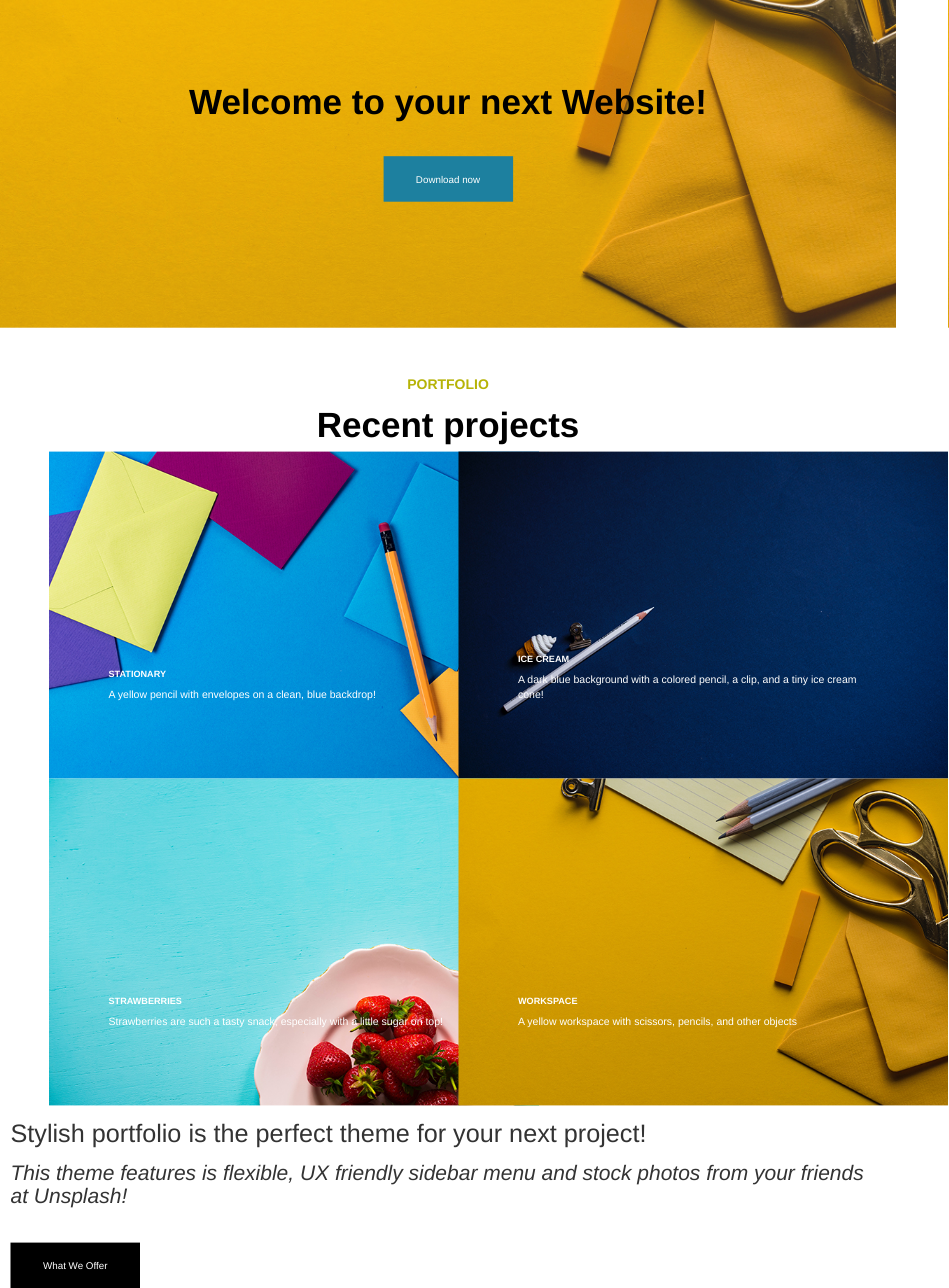
Repository: codin-full-stack/tomasz
Page: http://localhost/tomasz/portfolio/index.php
An editor plug-in stored every save of this project. The page is shown before and after a run of saves, followed by the edit.
The browser window is 1280 px wide. The page is 1355 px wide, so the pictures cover 1355 px, including what lies to the right of the window. The pictures show the part of the page from y = 1963 to 3803 px (the page is 3803 px tall before and 3717 px after), at 70% of full size.
Some web libraries are served in a nearby version. The page is run by PHP 8.4 with error messages shown; the project is at /var/www/html/.

Above is the page before, as saved 2018-10-23 09:20:02.

After the next 2 saves:
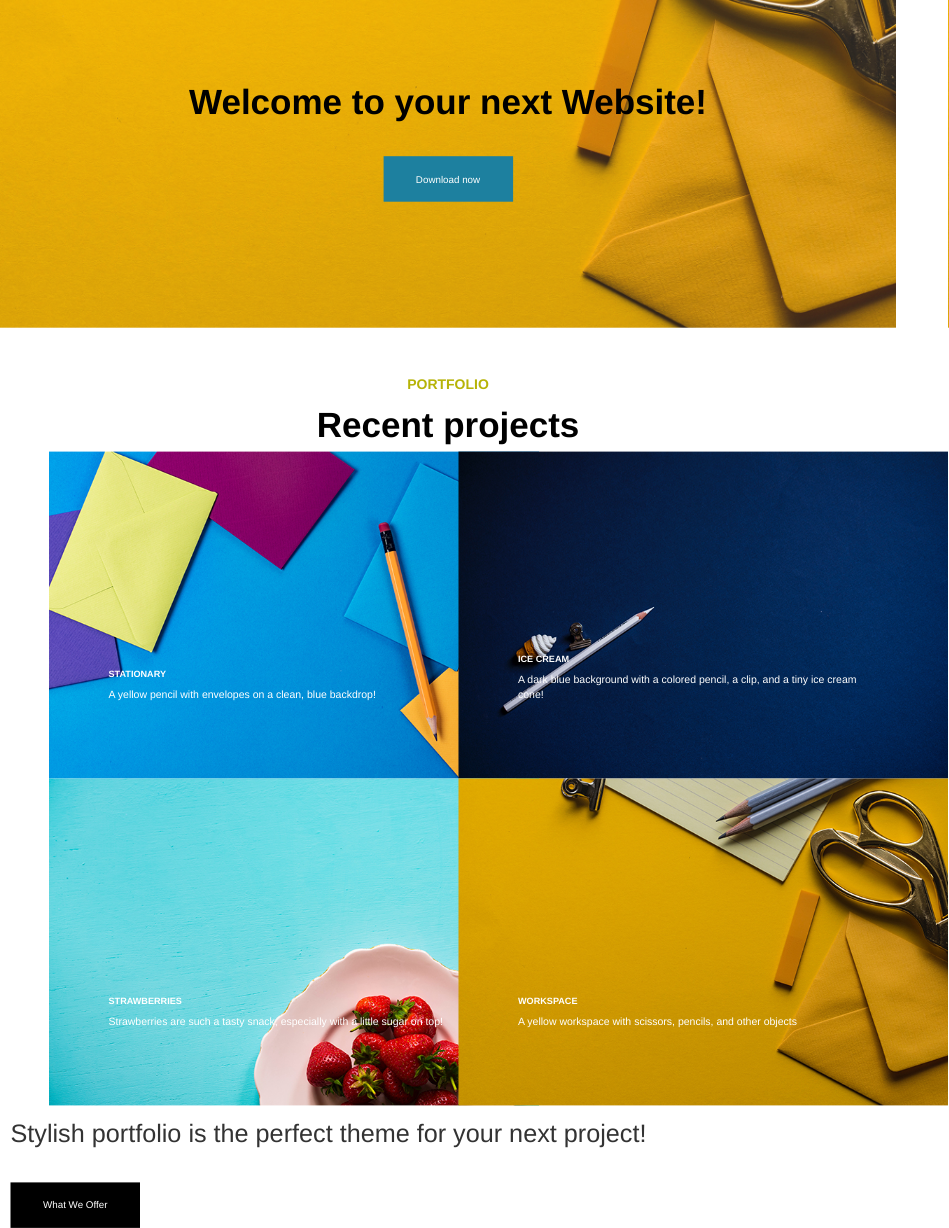
The 2 saves are shown as one change because they came seconds apart.
The last was saved 11 s later.
--- a/portfolio/index.php
+++ b/portfolio/index.php
@@ -120,8 +120,7 @@
     <section class="seventh">
       <div class="container-fluid flex">
         <div class="textbox7">
-          <h1 class="maintext2">Stylish portfolio is the perfect theme for your next project!</h1>
-          <h2 class="secondtext2"><i>This theme features is flexible, UX friendly sidebar menu and stock photos from your friends at Unsplash!</i></h2>
+          <h1 class="maintext7">Stylish portfolio is the perfect theme for your next project!</h1>
           <button class="button2">What We Offer</button>
         </div>
       </div>
